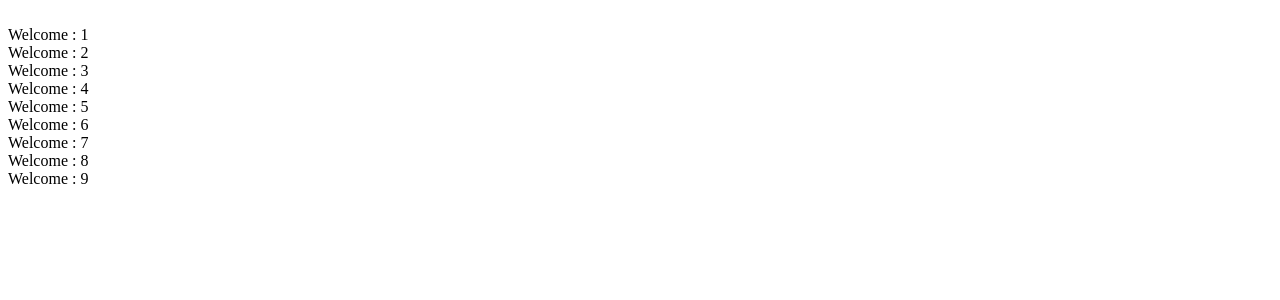
Repository: 16-sanalmishra/JavaServerPages
Page: http://localhost/Phase-2-HelloWorld/scriptletsTest.jsp
The author's editor kept a copy of each file at every save. The page is drawn from the files as they stood at one save, then again after a run of saves.
The browser window is 1280 px wide. The pictures show the whole page.
The page is served by Tomcat 9.

Above is the page before, as saved 2022-04-11 06:32:56.

After the next 2 saves:
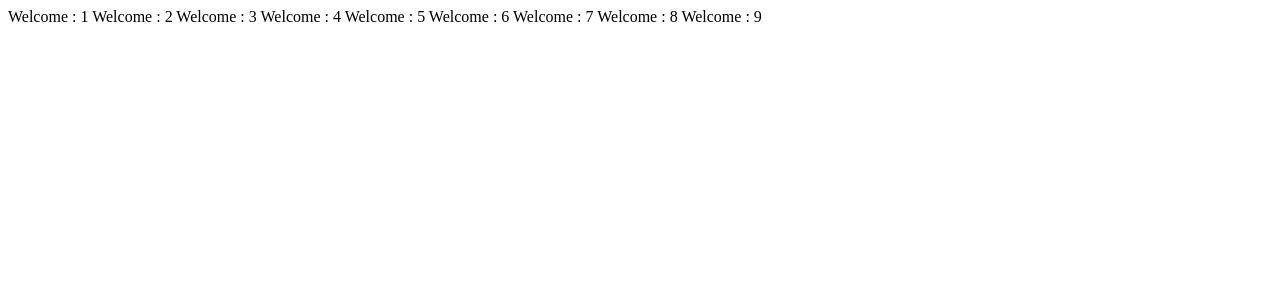
The 2 saves are shown as one change because they came seconds apart.
The last was saved 31 s later.
--- a/Phase-2-HelloWorld/src/main/webapp/scriptletsTest.jsp
+++ b/Phase-2-HelloWorld/src/main/webapp/scriptletsTest.jsp
@@ -10,7 +10,7 @@
 
 	<%
 		for(int i=1; i<10; i++){
-			out.println("<br/> Welcome : " + i);
+			out.println("Welcome : " + i);
 		}
 
 
